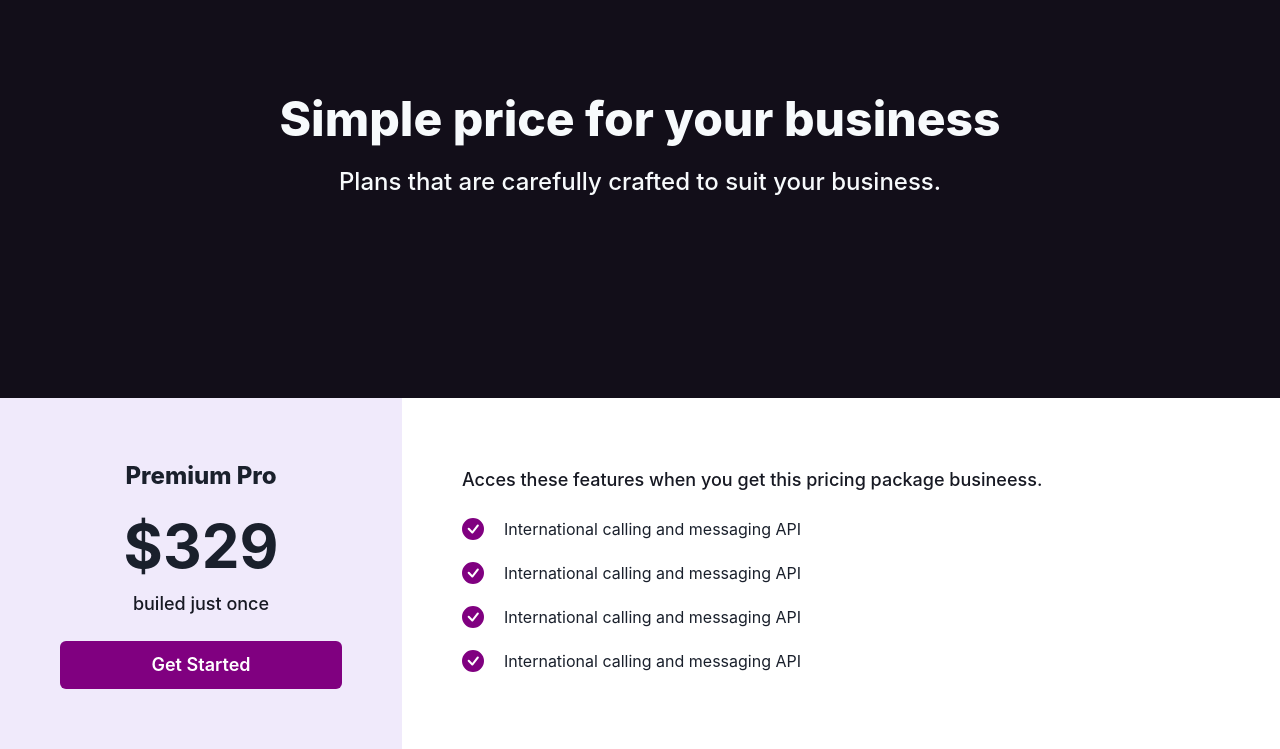
Repository: noutijo/learn-in-depth-chakra-ui
Page: /
These files come from the project's save history. The page is drawn as it stood at one moment and after the next save; the edit follows.
The browser window is 1280 px wide. The pictures show the whole page.
The project was rebuilt for these pictures with package versions that can differ from the ones it lists, and the page was loaded fresh each time. Also part of the build but not shown: vite.config.ts.

Above is the page before, as saved 2023-01-30 16:09:12.

### src/main.tsx
import React from 'react'
import ReactDOM from 'react-dom/client'
import App from './App'
import { ChakraProvider } from "@chakra-ui/react"

ReactDOM.createRoot(document.getElementById('root') as HTMLElement).render(
  <ChakraProvider>
  <React.StrictMode>
    <App />
  </React.StrictMode>
  </ChakraProvider>,
)

### src/App.tsx
//import './App.css'
import "./App.css";
import { Box, Flex, Stack, VStack, HStack } from "@chakra-ui/react";
import { Header  } from "./components/Header";
import { Pricing } from "./components/Pricing";

export default function App() {
  return (
    <div className="App">
      <Box>
        <Header />
        <Pricing />
      </Box>
    </div>
  );
}

### src/App.css
#root {
  max-width: 1280px;
  margin: 0 auto;
  text-align: center;
}

.logo {
  height: 6em;
  padding: 1.5em;
  will-change: filter;
}
.logo:hover {
  filter: drop-shadow(0 0 2em #646cffaa);
}
.logo.react:hover {
  filter: drop-shadow(0 0 2em #61dafbaa);
}

@keyframes logo-spin {
  from {
    transform: rotate(0deg);
  }
  to {
    transform: rotate(360deg);
  }
}

@media (prefers-reduced-motion: no-preference) {
  a:nth-of-type(2) .logo {
    animation: logo-spin infinite 20s linear;
  }
}

.card {
  padding: 2em;
}

.read-the-docs {
  color: #888;
}

### src/components/Header.tsx
//import './App.css'
import { Box, Heading, Text, Flex } from "@chakra-ui/react";

export function Header() {
  return (
    <Box
      as="section"
      color="#F7FAFC"
      bg="#120E19"
      pt="90px"
      pb="198px"
      px="32px">
      <Heading fontWeight={800} fontSize={"48px"}>
        Simple price for your business
      </Heading>
      <Text fontWeight={500} fontSize={"24px"} mt="16px">
        Plans that are carefully crafted to suit your business.
      </Text>
    </Box>
  );
}

### src/components/Pricing.tsx
//import './App.css'
import { Box, Heading, Text, Flex, Button, HStack,Stack, Icon } from "@chakra-ui/react"
import { BsCheckCircleFill } from "react-icons/bs"

export const ListItem = (props:any)=>{
    const {children, ...rest } = props
    return (
      <HStack as="li" spacing="20px" {...rest}>
        <Icon as={BsCheckCircleFill}  w="22px" h="22px" color="purple"/>
        <Text>{children}</Text>
      </HStack>
    );
}

export function Pricing() {
  return (
    <Box>
      <Flex>
        <Box bg="#f0eafb" p="60px">
          <Text fontSize="24px" fontWeight="800">
            Premium Pro
          </Text>
          <Heading as="h3" fontSize="60px" mt="16px">
            $329
          </Heading>
          <Text fontSize="18px" fontWeight="500" color="#171923" mt="8px">
            builed just once
          </Text>
          <Button
            bg="purple"
            color="white"
            size={"lg"}
            w="282px"
            mt="24px"
            _hover={{ backgrounColor: "purple", color: "#F7FAFC" }}>
            Get Started
          </Button>
        </Box>

        <Box p="60px" fontSize="">
            <Text fontSize="18px" fontWeight="500" color="#171923" mt="8px">
            Acces these features when you get this pricing package busineess.
          </Text>
          <Stack as="ul" spacing="20px" pt="24px">
           <ListItem>International calling and messaging API</ListItem>
           <ListItem>International calling and messaging API</ListItem>
           <ListItem>International calling and messaging API</ListItem>
           <ListItem>International calling and messaging API</ListItem>
          </Stack>
        </Box>
      </Flex>
    </Box>
  )
}

Loaded but not shown: index.html (common file)

After the next save:
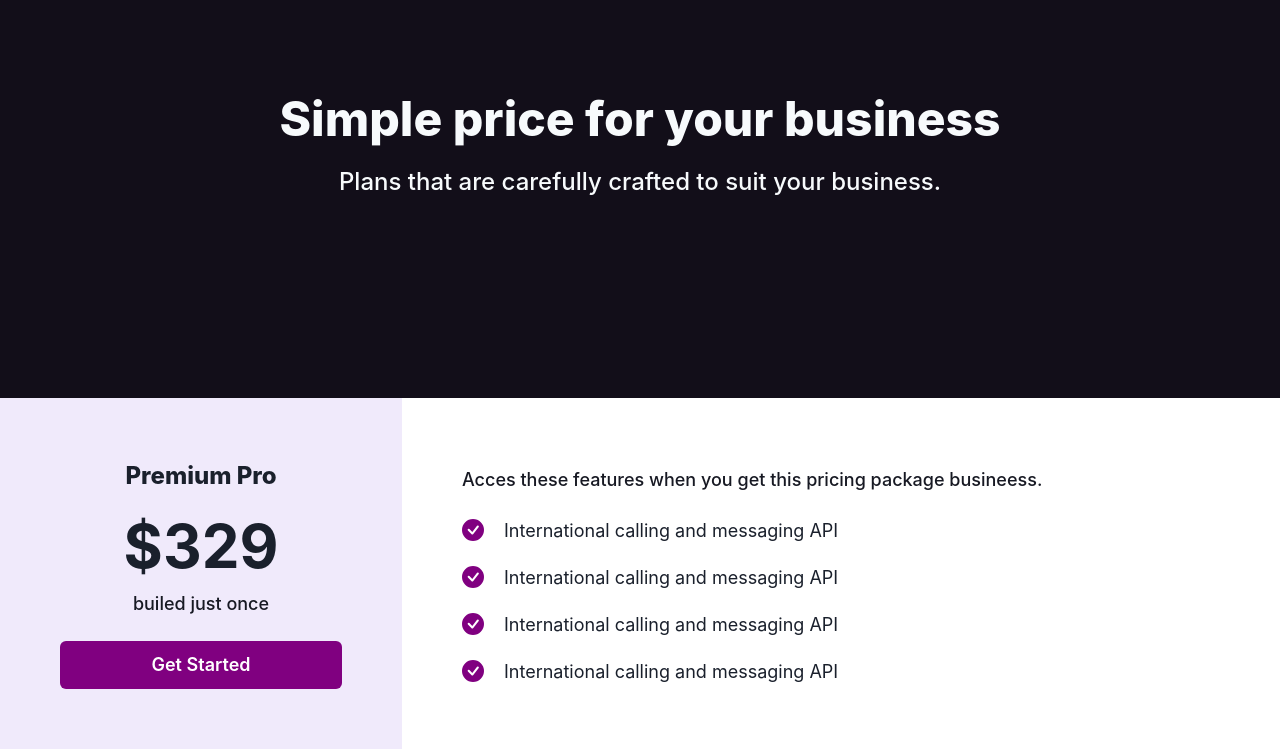
Saved 4 s later.
--- a/src/components/Pricing.tsx
+++ b/src/components/Pricing.tsx
@@ -37,7 +37,7 @@ export function Pricing() {
           </Button>
         </Box>
 
-        <Box p="60px" fontSize="">
+        <Box p="60px" fontSize="18px">
             <Text fontSize="18px" fontWeight="500" color="#171923" mt="8px">
             Acces these features when you get this pricing package busineess.
           </Text>
